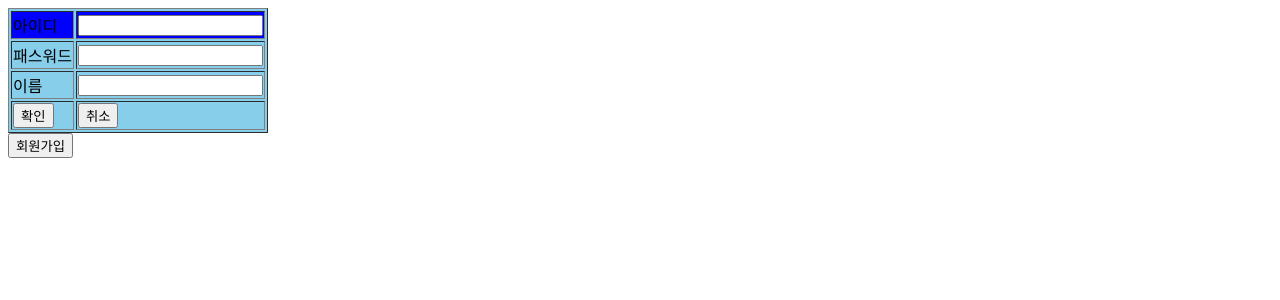
Repository: SongHyeSun/JSP
Page: http://localhost/och11/sessionMember/loginForm.jsp
The author's editor kept a copy of each file at every save. The page is drawn from the files as they stood at one save, then again after the next save.
The browser window is 1280 px wide. The pictures show the whole page.
The pointer rests on the first visible `tr`.
The page is served by Tomcat 9. Other server files are loaded and not shown.

Above is the page before, as saved 2024-07-19 01:43:35.

### jspSrc17/och11/src/main/webapp/sessionMember/loginForm.jsp
<%@ page language="java" contentType="text/html; charset=UTF-8"
    pageEncoding="UTF-8"%>
<!DOCTYPE html>
<html>
<head>
<meta charset="UTF-8">
<title>Insert title here</title>
<style type="text/css">
	table {background-color: skyblue;}
	tr:hover {background-color: blue;}
</style>
</head>
<body>
	<form action="loginPro.jsp">
		<table border="1">
			<tr><td>아이디</td><td><input type="text" name="id"
				required="required"></td></tr>
			<tr><td>패스워드</td><td><input type="password" name="password"
				required="required"></td></tr>
			<tr><td>이름</td><td><input type="text" name="name"
				required="required"></td></tr>
			<tr><td><input type="submit" value="확인"></td>
				<td><input type="reset" value="취소"></td></tr>
		</table>
	</form>
	<input type="button" value="회원가입" onclick="location.href='../session/person.jsp'">
</body>
</html>

After the next save:
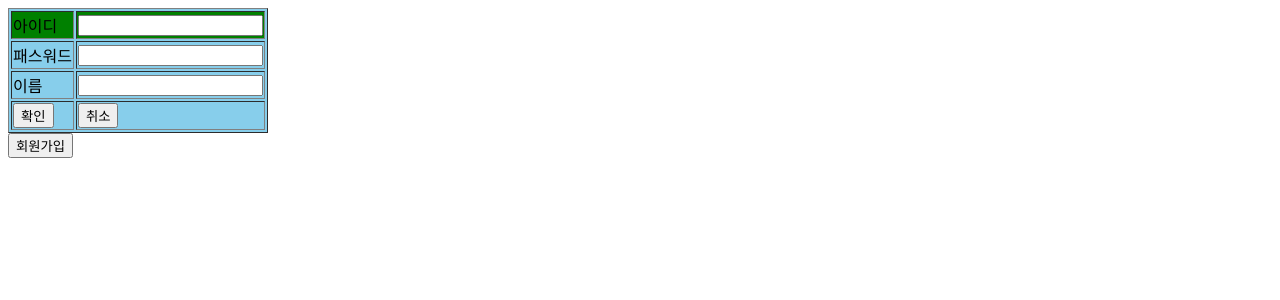
Saved 13 s later.
--- a/jspSrc17/och11/src/main/webapp/sessionMember/loginForm.jsp
+++ b/jspSrc17/och11/src/main/webapp/sessionMember/loginForm.jsp
@@ -7,7 +7,7 @@
 <title>Insert title here</title>
 <style type="text/css">
 	table {background-color: skyblue;}
-	tr:hover {background-color: blue;}
+	tr:hover {background-color: green;}
 </style>
 </head>
 <body>
